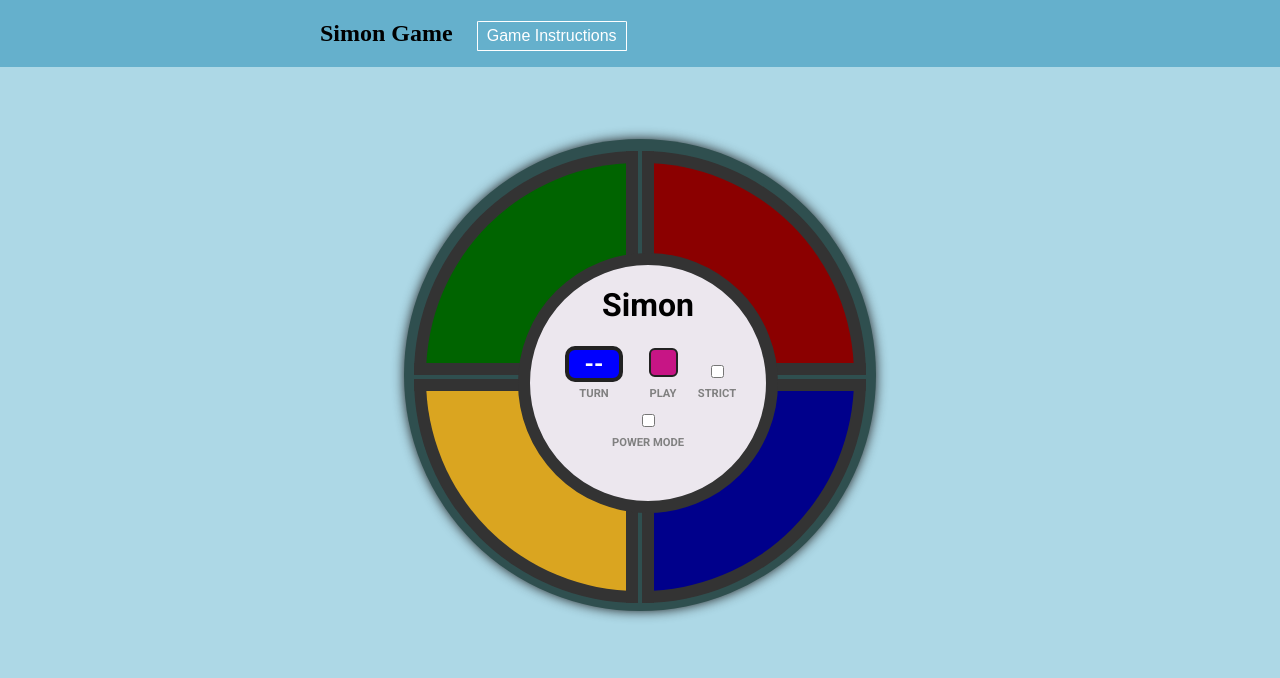
Repository: bbarbara19/memorygame
Page: index.html
The author's editor kept a record of every edit. The page is drawn from the files as they stood at one moment, then again after the next edit.
The browser window is 1280 px wide. The pictures show the whole page.

Above is the page before.

After the next edit:
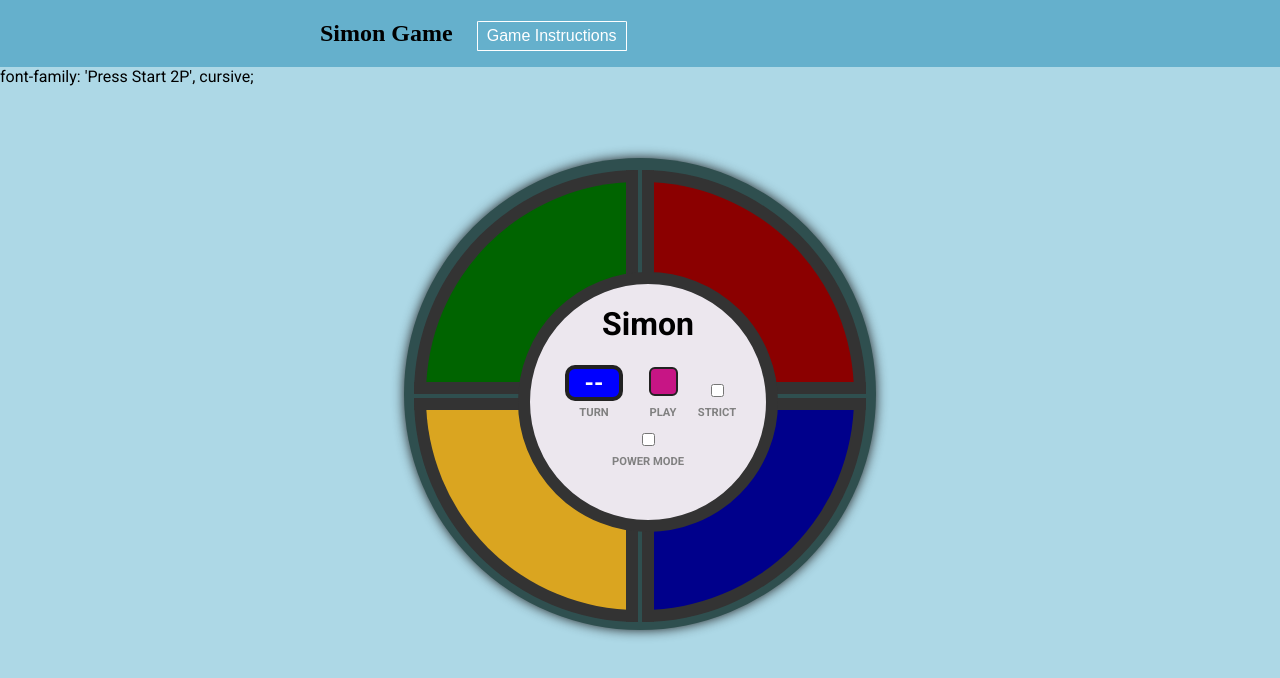
The edit:
--- a/index.html
+++ b/index.html
@@ -23,6 +23,8 @@
         <button class="btn-GameHelp inline" onclick="confirmation();">Game Instructions</button>
     </div>
 </nav>
+
+font-family: 'Press Start 2P', cursive;
 
 <!--nav bar-->
 
